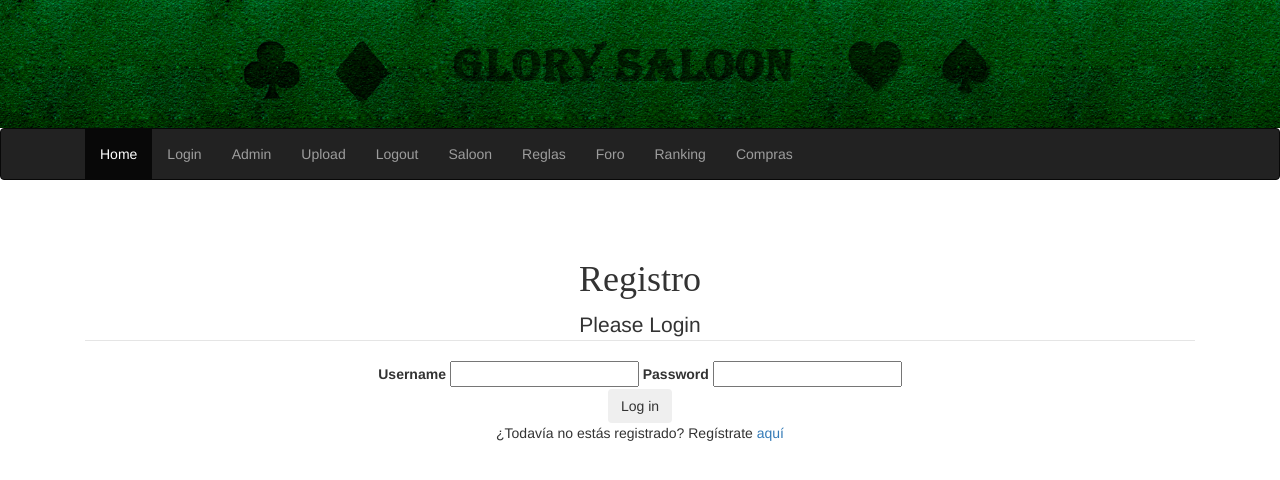
Repository: abvg9/GlorySaloon
Page: http://localhost/iw-base/WEB-INF/jsp/login.jsp
An editor plug-in stored every save of this project. The page is shown before and after the next save, followed by the edit.
The browser window is 1280 px wide. The pictures show the whole page.
Some web fonts or font styles are not loaded; a fallback is used. The page is served by Tomcat 9. Nobody is signed in. The template is opened directly, without the code that normally fills it, so the values that code supplies are empty.

Above is the page before, as saved 2018-04-11 16:01:30.

After the next save:
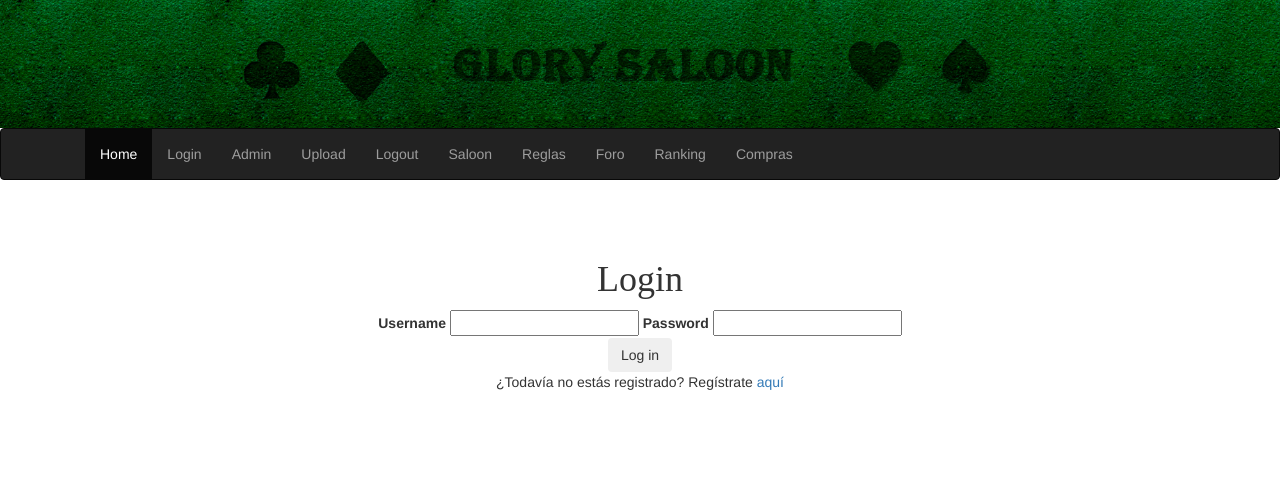
Saved 19 min 11 s later.
--- a/iw-base/src/main/webapp/WEB-INF/jsp/login.jsp
+++ b/iw-base/src/main/webapp/WEB-INF/jsp/login.jsp
@@ -7,11 +7,11 @@
 <%@ include file="../jspf/header.jspf"%>
 
 <div class="starter-template">
-	<h1>Registro</h1>
+	<h1>Login</h1>
 
     <form action="/login" method="post">
         <fieldset>
-            <legend>Please Login</legend>
+           <!-- <legend>Please Login</legend> -->
             <label for="username">Username</label>
             <input type="text" id="username" name="username"/>
             <label for="password">Password</label>
